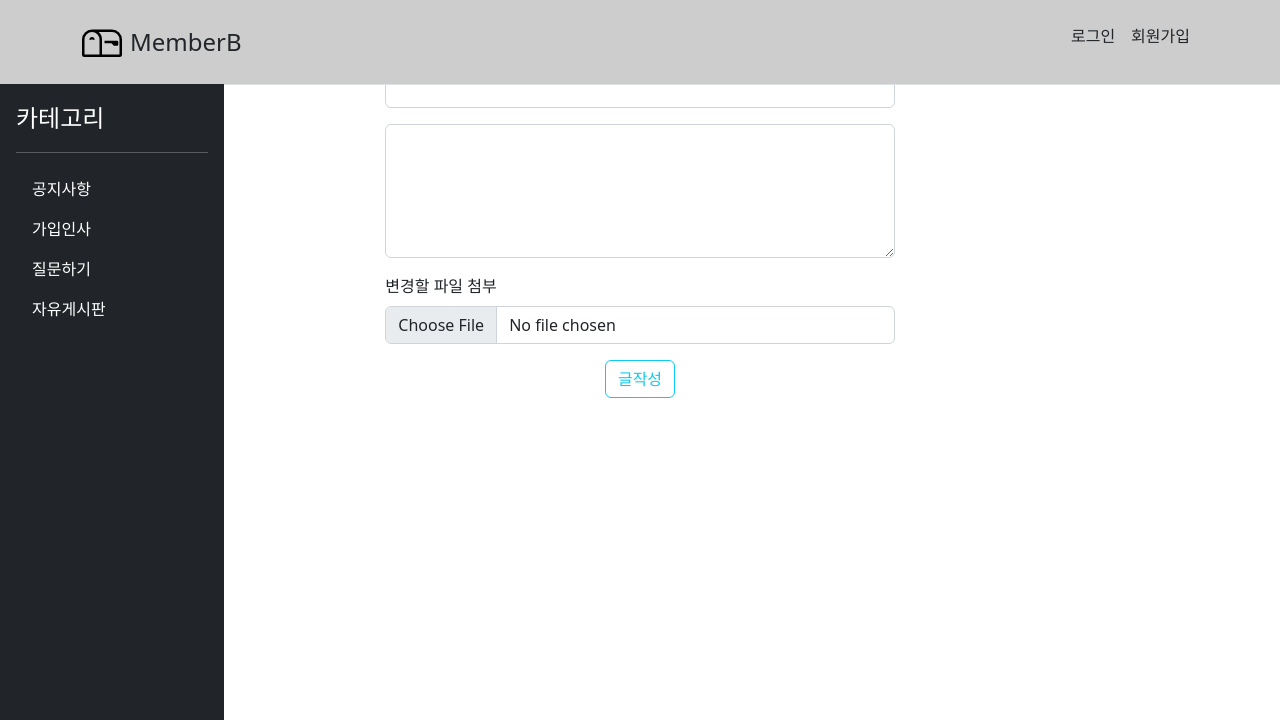
Repository: charmErin/board_220915
Page: http://localhost/board/WEB-INF/views/board/update.jsp
An editor plug-in stored every save of this project. The page is shown before and after the next save, followed by the edit.
The browser window is 1280 px wide. The pictures show the whole page.
The page is served by Tomcat 9. Nobody is signed in. Other server files are loaded and not shown. The template is opened directly, without the code that normally fills it, so the values that code supplies are empty.

Above is the page before, as saved 2022-09-16 00:54:32.

### board/src/main/webapp/WEB-INF/views/board/update.jsp
<%@ page language="java" contentType="text/html; charset=UTF-8"
    pageEncoding="UTF-8"%>
<%@ taglib uri="http://java.sun.com/jsp/jstl/core" prefix="c" %>
<!DOCTYPE html>
<html>
<head>
<meta charset="UTF-8">
<title>Insert title here</title>
</head>
<body>
	<%@include file ="../layout/header.jsp" %>
	<div class="container col-5">
		<form action="/board/update" method="post" enctype="multipart/form-data">
			<select class="form-select mt-3 mb-3" aria-label="Default select example" name="categoryId">
				<c:choose>
					<c:when test="${board.categoryId eq 1}">
						<option value="1" selected>공지사항</option>
						<option value="2">가입인사</option>
						<option value="3">질문하기</option>
						<option value="4">자유게시판</option>
					</c:when>
					<c:when test="${board.categoryId eq 2}">
						<option value="1">공지사항</option>
						<option value="2" selected>가입인사</option>
						<option value="3">질문하기</option>
						<option value="4">자유게시판</option>
					</c:when>
					<c:when test="${board.categoryId eq 3}">
						<option value="1">공지사항</option>
						<option value="2">가입인사</option>
						<option value="3" selected>질문하기</option>
						<option value="4">자유게시판</option>
					</c:when>
					<c:otherwise>
						<option value="1">공지사항</option>
						<option value="2">가입인사</option>
						<option value="3">질문하기</option>
						<option value="4" selected>자유게시판</option>
					</c:otherwise>
				</c:choose>
			</select>
			<input type="hidden" name="memberId" value="${board.memberId}">
			<input class="form-control mb-3" type="text" name="boardTitle" value="${board.boardTitle}">
			<input type="hidden" name="boardWriter" value="${board.memberName}">
			<textarea class="form-control mb-3" name="boardContents" rows="5">${board.boardContents}</textarea>
<!-- 			<div class="mb-3"> -->
<!-- 			  <label for="formFile" class="form-label">현재 파일</label> -->
<%-- 			  <input class="form-control" type="file" name="boardFileName" value="${board.boardFileName}"> --%>
<!-- 			</div> -->
<!-- 			<input type="button" onclick="fileDelete()" value="이전 첨부파일 삭제"> -->
			<div class="mb-3">
			  <label for="formFile" class="form-label">변경할 파일 첨부</label>
			  <input class="form-control" type="file" name="boardFile" id="formFile">
			</div>
			<input class="btn btn-outline-info d-grid mx-auto" type="submit" value="글작성">
		</form>
	</div>
</body>
<script>
	const fileDelete = () => {
		const boardFileName = null;

		$.ajax({
			type: "delete",
			url: "/board/file-delete",
			success: function() {

			}
		});
	}
</script>
</html>

### board/src/main/webapp/WEB-INF/views/layout/header.jsp
<%@ page language="java" contentType="text/html; charset=UTF-8"
    pageEncoding="UTF-8"%>
<%@ taglib uri="http://java.sun.com/jsp/jstl/core" prefix="c" %>
<%@ taglib prefix="fmt" uri="http://java.sun.com/jsp/jstl/fmt" %>
<!DOCTYPE html>
<html>
<head>
<meta charset="UTF-8">
<link href="https://cdn.jsdelivr.net/npm/bootstrap@5.2.1/dist/css/bootstrap.min.css" rel="stylesheet" integrity="sha384-iYQeCzEYFbKjA/T2uDLTpkwGzCiq6soy8tYaI1GyVh/UjpbCx/TYkiZhlZB6+fzT" crossorigin="anonymous">
<title>Insert title here</title>
<style>
	header {
		background: #CDCDCD;
	}

	.side-bar {
		width: 14rem;
		height: 100%;
		margin-top: 1rem;
		position: fixed;
		display: inline !important;
	}
</style>
</head>
<body>
	<header class="py-3 border-bottom header-fix fixed-top">
		<div class="container d-flex flex-wrap justify-content-center">
			<a href="/" class="d-flex align-items-center mb-3 mb-lg-0 me-lg-auto text-dark text-decoration-none">
				<img src="../../../resources/svg/mailbox.svg" width="40" height="40">
				<span class="fs-4 m-2">
					MemberB
				</span>
			</a>

			<div>
				<c:choose>
					<c:when test="${sessionScope.id == null}">
						<ul class="nav">
							<li class="nav-item">
								<a href="/member/login-form" class="nav-link link-dark px-2">로그인</a>
							</li>
							<li class="nav-item">
								<a href="/member/save-form" class="nav-link link-dark px-2">회원가입</a>
							</li>
						</ul>
					</c:when>
					<c:otherwise>
						<ul class="nav">
							<li class="nav-item">
								<a href="/member/detail/${sessionScope.id}" class="nav-link link-dark px-2">${sessionScope.memberName}</a>
							</li>
							<c:if test="${sessionScope.loginId eq 'admin'}">
								<li class="nav-item">
									<a href="/member/findAll" class="nav-link link-dark px-2">회원목록</a>
								</li>
							</c:if>
							<li class="nav-item">
								<a href="/member/logout" class="nav-link link-dark px-2">로그아웃</a>
							</li>
						</ul>
					</c:otherwise>
				</c:choose>
			</div>
		</div>
		<div class="d-flex flex-column flex-shrink-0 p-3 text-bg-dark side-bar">
			<span class="fs-4">카테고리</span>
			<hr>
			<ul class="nav nav-pills flex-column mb-auto">
				<li class="nav-item">
					<a href="/board/1" class="nav-link text-white">공지사항</a>
				</li>
				<li>
					<a href="/board/2" class="nav-link text-white">가입인사</a>
				</li>
				<li>
					<a href="/board/3" class="nav-link text-white">질문하기</a>
				</li>
				<li>
					<a href="/board/4" class="nav-link text-white">자유게시판</a>
				</li>
			</ul>
		</div>
	</header>
</body>
</html>

### board/src/main/webapp/resources/svg/mailbox.svg
<svg xmlns="http://www.w3.org/2000/svg" width="16" height="16" fill="currentColor" class="bi bi-mailbox" viewBox="0 0 16 16">
  <path d="M4 4a3 3 0 0 0-3 3v6h6V7a3 3 0 0 0-3-3zm0-1h8a4 4 0 0 1 4 4v6a1 1 0 0 1-1 1H1a1 1 0 0 1-1-1V7a4 4 0 0 1 4-4zm2.646 1A3.99 3.99 0 0 1 8 7v6h7V7a3 3 0 0 0-3-3H6.646z"/>
  <path d="M11.793 8.5H9v-1h5a.5.5 0 0 1 .5.5v1a.5.5 0 0 1-.5.5h-1a.5.5 0 0 1-.354-.146l-.853-.854zM5 7c0 .552-.448 0-1 0s-1 .552-1 0a1 1 0 0 1 2 0z"/>
</svg>

After the next save:
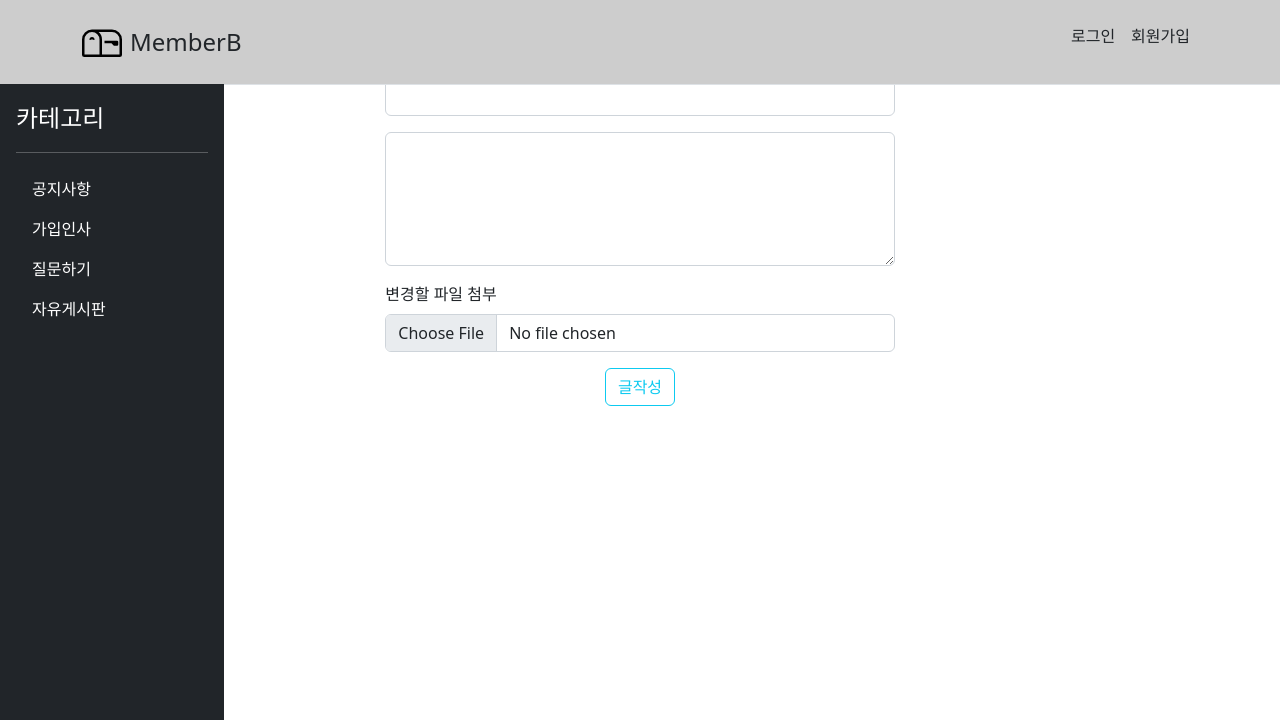
Saved 3 s later.
--- a/board/src/main/webapp/WEB-INF/views/board/update.jsp
+++ b/board/src/main/webapp/WEB-INF/views/board/update.jsp
@@ -9,7 +9,7 @@
 </head>
 <body>
 	<%@include file ="../layout/header.jsp" %>
-	<div class="container col-5">
+	<div class="container col-5 my-4">
 		<form action="/board/update" method="post" enctype="multipart/form-data">
 			<select class="form-select mt-3 mb-3" aria-label="Default select example" name="categoryId">
 				<c:choose>
